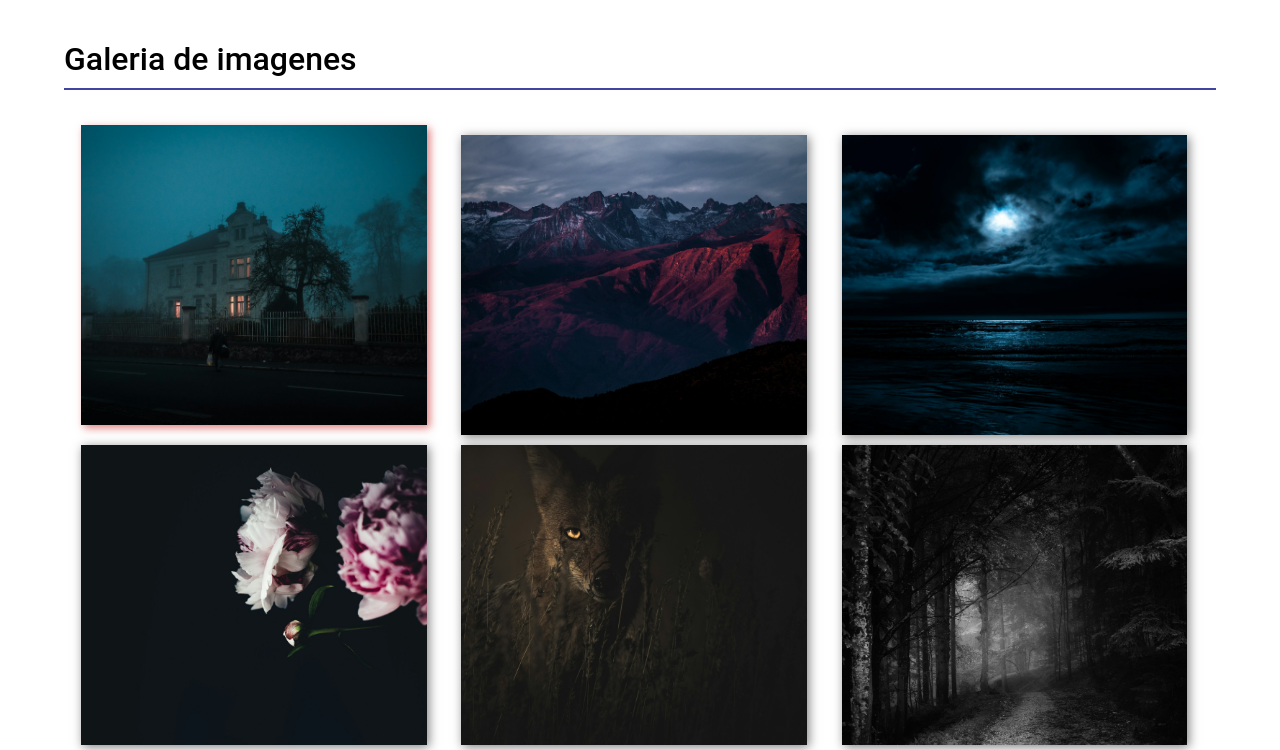
Repository: DamianBermudez94/curso-css3
Page: galeria.html
These files come from the project's save history. The page is drawn as it stood at one moment and after the next save; the edit follows.
The browser window is 1280 px wide. The pictures show the whole page.
The pointer rests on the first visible `.img`.

Above is the page before, as saved 2024-05-18 15:26:46.

After the next save:
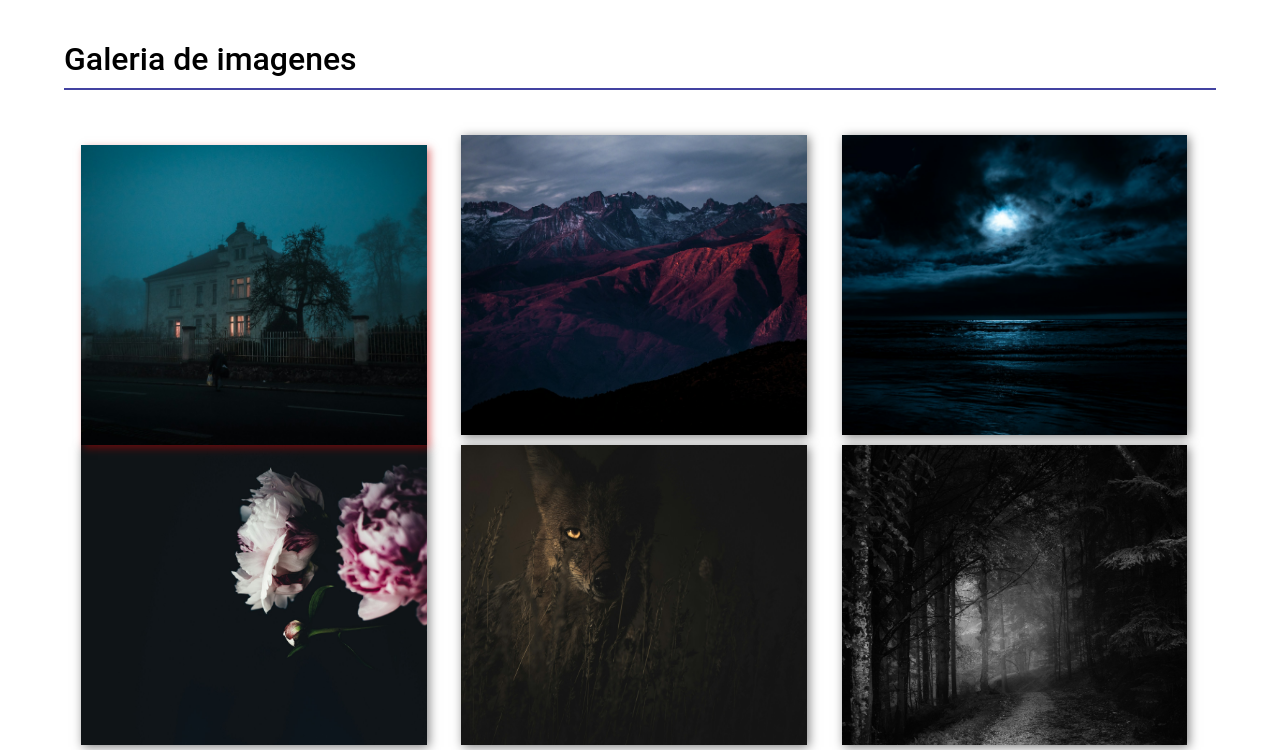
Saved 2 min 31 s later.
--- a/listas-e-imagenes/estilos.css
+++ b/listas-e-imagenes/estilos.css
@@ -32,5 +32,5 @@
 }
 .img:hover{
     box-shadow: 3px 3px 8px rgba(196, 0, 0, 0.5);
-    transform: translateY(-10px)
+    transform: translateY(10px)
 }
